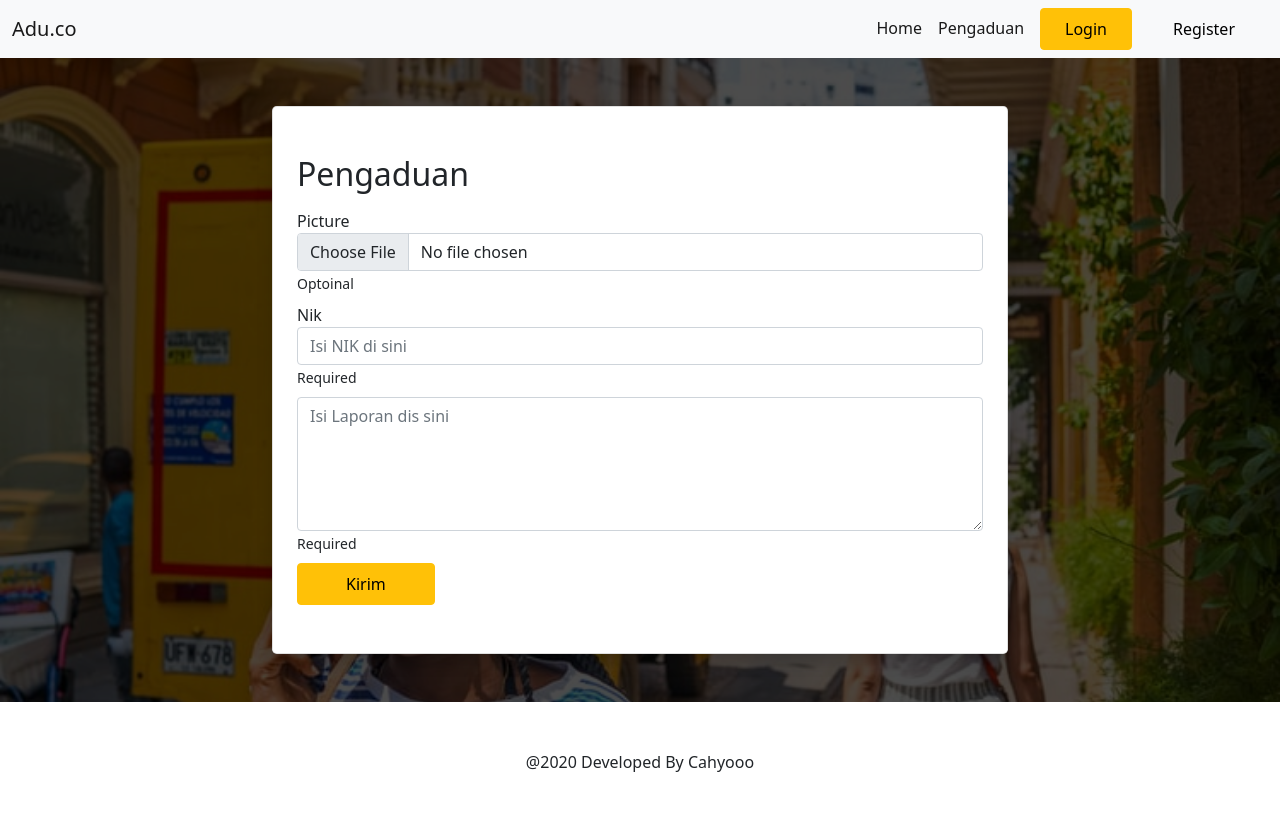
Repository: khulqu15/pengaduan2
Page: http://localhost/form/pengaduan
The author's editor kept a copy of each file at every save. The page is drawn from the files as they stood at one save, then again after the next save.
The browser window is 1280 px wide. The pictures show the whole page.
Backgrounds fixed to the window are drawn as part of the page. The page is served by the project's Laravel application, run on PHP 8.4 with Laravel 8. Other server files are loaded and not shown.

Above is the page before, as saved 2021-02-23 21:29:00.

### routes/web.php
<?php

use App\Http\Controllers\PageController;
use App\Http\Controllers\UserController;
use Illuminate\Support\Facades\Route;

/*
|--------------------------------------------------------------------------
| Web Routes
|--------------------------------------------------------------------------
|
| Here is where you can register web routes for your application. These
| routes are loaded by the RouteServiceProvider within a group which
| contains the "web" middleware group. Now create something great!
|
*/

Route::get('/', [PageController::class, 'home'])->name('home');

Route::get('form/pengaduan', [PageController::class, 'pengaduanGet'])->name('form.pengaduan');
Route::post('form/pengaduan', [PageController::class, 'pengaduanGet'])->name('pengaduan.post');

Route::get('login', [UserController::class, 'loginGet'])->name('loginView');
Route::post('login', [UserController::class, 'loginPost'])->name('loginLogic');
Route::get('register', [UserController::class, 'registerGet'])->name('registerView');
Route::post('register', [UserController::class, 'registerPost'])->name('registerLogic');

### app/Http/Controllers/PageController.php
<?php

namespace App\Http\Controllers;

use Illuminate\Http\Request;

class PageController extends Controller
{
    public function home()
    {
        return view('welcome');
    }

    public function pengaduanGet()
    {
        return view('pengaduan');
    }
}

### resources/views/pengaduan.blade.php
@extends('layout.app')

@section('title', 'Pengaduan')

@section('content')
    <div class="container-fluid image-footer-home py-5">
        <div class="overlay"></div>
        <div class="container position-relative">
            <div class="row">
                <div class="col-md-8 offset-md-2">
                    <div class="card bg-white rounded-3 shadow py-5 px-4">
                        <h2>Pengaduan</h2>
                        <form action="{{ route('pengaduan.post') }}" method="POST" enctype="multipart/form-data">
                            @csrf
                            <div class="form-group my-2">
                                <label for="picture">Picture</label>
                                <input type="file" class="form-control" id="picture" aria-describedby="picture-feedback" name="picture" id="picture">
                                <small id="picture-feedback">Optoinal</small>
                            </div>
                            <div class="form-group my-2">
                                <label for="nik">Nik</label>
                                <input type="text" class="form-control" aria-describedby="nik-feedback" name="nik" id="nik" placeholder="Isi NIK di sini">
                                <small id="nik-feedback">Required</small>
                            </div>
                            <div class="form-group my-2">
                                <textarea type="text" rows="5" required aria-describedby="text-feedback" name="text" class="form-control" placeholder="Isi Laporan dis sini"></textarea>
                                <small id="text-feedback">Required</small>
                            </div>
                            <button class="btn btn-warning px-5 py-2">Kirim</button>
                        </form>
                    </div>
                </div>
            </div>
        </div>
    </div>
@endsection

### resources/views/layout/app.blade.php
<!DOCTYPE html>
<html lang="en">
<head>
    <meta charset="UTF-8">
    <meta name="viewport" content="width=device-width, initial-scale=1.0">
    <meta http-equiv="X-UA-Compatible" content="ie=edge">
    <title>Pengaduan | @yield('title')</title>

    <link rel="stylesheet" href="{{ asset('css/bootstrap.min.css') }}">
    <link rel="stylesheet" href="{{ asset('css/all.min.css') }}">
    <link rel="stylesheet" href="{{ asset('css/fontawesome.min.css') }}">
    <link rel="stylesheet" href="{{ asset('css/style.css') }}">
    <link rel="stylesheet" href="{{ asset('css/slick.css') }}">
    <link rel="stylesheet" href="{{ asset('css/slick-theme.css') }}">

    <script src="{{ asset('js/jquery-3.5.1.min.js') }}"></script>
    <script src="{{ asset('js/bootstrap.min.js') }}"></script>
    <script src="{{ asset('js/all.min.js') }}"></script>
    <script src="{{ asset('js/fontawesome.min.js') }}"></script>
    <script src="{{ asset('js/slick.min.js') }}"></script>

    @yield('assets')

</head>
<body>
    <nav class="navbar navbar-expand-lg navbar-light bg-light">
        <div class="container-fluid">
          <a class="navbar-brand" href="#">Adu.co</a>
          <button class="navbar-toggler" type="button" data-bs-toggle="collapse" data-bs-target="#navbarSupportedContent" aria-controls="navbarSupportedContent" aria-expanded="false" aria-label="Toggle navigation">
            <span class="navbar-toggler-icon"></span>
          </button>
          <div class="collapse navbar-collapse" id="navbarSupportedContent">
            <ul class="navbar-nav ms-auto mb-2 mb-lg-0">
              <li class="nav-item">
                <a class="nav-link active" aria-current="page" href="{{ route('home') }}">Home</a>
              </li>
              <li class="nav-item">
                <a class="nav-link active" aria-current="page" href="{{ route('form.pengaduan') }}">Pengaduan</a>
              </li>
              <li class="nav-item">
                <a class="btn btn-warning mx-2 px-4 py-2" href="{{ route('loginView') }}">Login</a>
              </li>
              <li class="nav-item">
                <a class="btn btn-light mx-2 px-4 py-2" href="{{ route('registerView') }}">Register</a>
              </li>
            </ul>
          </div>
        </div>
      </nav>

    @yield('content')

    <footer class="container-fluid py-5">
        <div class="row">
            <div class="col-md-12 text-center">
                @2020 Developed By Cahyooo
            </div>
        </div>
    </footer>
</body>
</html>

### public/css/style.css
body {
    overflow-x: hidden !important;
}
.viga {
    font-family: 'Viga', sans-serif;
}
.bgm-primary {
    background-color: #E62A2A !important;
}
.btnm-primary {
    border: none;
    border-radius: 0px !important;
    transition: all .3s ease-in-out;
    background-color: #E62A2A !important;
    padding: 1rem 2rem;
    color: white;
}
.text-right {
    text-align: right !important;
}
.cursor-point {
    cursor: pointer;
}
.btnm-primary:hover {
    color: white !important;
    background-color: #c01c1c !important;
}
.btnm-light {
    border: none;
    border-radius: 0px !important;
    transition: all .3s ease-in-out;
    background-color: #f2f2f2 !important;
    padding: 1rem 2rem;
    color: #292929;
}
.btnm-light:hover {
    color: #292929 !important;
    background-color: #c2c2c2 !important;
}
.textm-primary {
    color: #E62A2A !important;
}
.textm-gray {
    color: gray !important;
}

.input-search-home {
    width: 80%;
    position: absolute;
    left: 10%;
    height: 60px;
    box-shadow: 0px 20px 40px -6px rgba(0, 0, 0, 0.12);
    top: -50px;
    background-color: white;
}
.input-search-home input {
    height: 60px;
}
.input-search-home button,
.input-search-home a {
    position: relative;
    top: -10px;
}


.card-product {
    width: 100%;
    transition: all .3s ease-in-out;
    height: 370px;
    background-color: white;
}
.card-product:hover {
    box-shadow: 12px 24px 48px rgba(0, 0, 0, 0.09);
}
.card-product .image {
    width: 100%;
    height: 170px;
    background-color: #f36c6c;
    overflow: hidden;
}
.card-product .image img {
    transition: all .3s ease-in-out;
}
.card-product .image:hover img {
    transform: scale(1.1);
    opacity: .6;
}
.image-fit-card {
    width: 100%;
    height: 100%;
    object-fit: cover !important;
}
.card-product .line-category {
    display: inline-block;
    width: 20px;
    height: 3px;
    background-color: gray;
}

.bg-hammer-bottom {
    background: url('../img/wallpaper/hammer.png');
    background-attachment: fixed;
    background-position: center;
    background-size: cover;
}

.input-email-footer {
    position: relative;
    width: 100%;
    height: 70px;
    box-shadow: 0px 19px 38px rgba(0, 0, 0, 0.12);
    background-color: white;
}
.input-email-footer input {
    height: 70px;
    width: 100%;
}
.input-email-footer button {
    position: relative;
    top: -8px
}

.menu-footer {
    color: rgba(255, 255, 255, .5);
}
.menu-footer:hover {
    color: rgba(255, 255, 255, 1);
    cursor: pointer;
    transition: all .4s ease-in-out;
}
.menu-footer .icon {
    position: absolute;
    right: -50px;
    opacity: 0;
    transition: all .2s ease-in-out;
    visibility: hidden;
}
.menu-footer:hover .icon {
    position: relative;
    opacity: 1;
    right: 0;
    visibility: visible;
}
.menu-footer .menu-title {
    transition: all .2s ease-in-out;
    position: relative;
    font-size: 3rem;
    right: -10px;
}
.menu-footer:hover .menu-title {
    position: relative;
    right: 0px;
}

.icons-footer svg {
    transition: all .2s ease-in-out;
    color: #c2c2c2;
    margin: 0px .8rem;
    font-size: 1.4rem;
}

.icons-footer svg:hover {
    cursor: pointer;
    color: #767676;
}

.navbar {
    transition: all .3s ease-in-out;
    z-index: 100;
}
.burger {
    margin: 10px 0px 0px 0px;
}
.burger div {
    width: 40px;
    height: 5px;
    margin: 7px 0px;
    background-color: #767676;
}
.image-footer-home {
    background-image: url('../img/wallpaper/1.jpg');
    background-size: cover;
    background-attachment: fixed;
    position: relative;
}
.image-footer-home .overlay {
    background-color: rgba(0, 0, 0, 0.7);
    position: absolute;
    left: 0;
    top: 0;
    width: 100%;
    height: 100%;
}

Loaded but not shown: app/Http/Controllers/Controller.php (common file); public/css/bootstrap.min.css (library); public/css/all.min.css (library); public/css/fontawesome.min.css (library); public/css/slick.css (common file); public/css/slick-theme.css (library); public/js/jquery-3.5.1.min.js (library); public/js/bootstrap.min.js (library); public/js/fontawesome.min.js (library); public/js/slick.min.js (library)

After the next save:
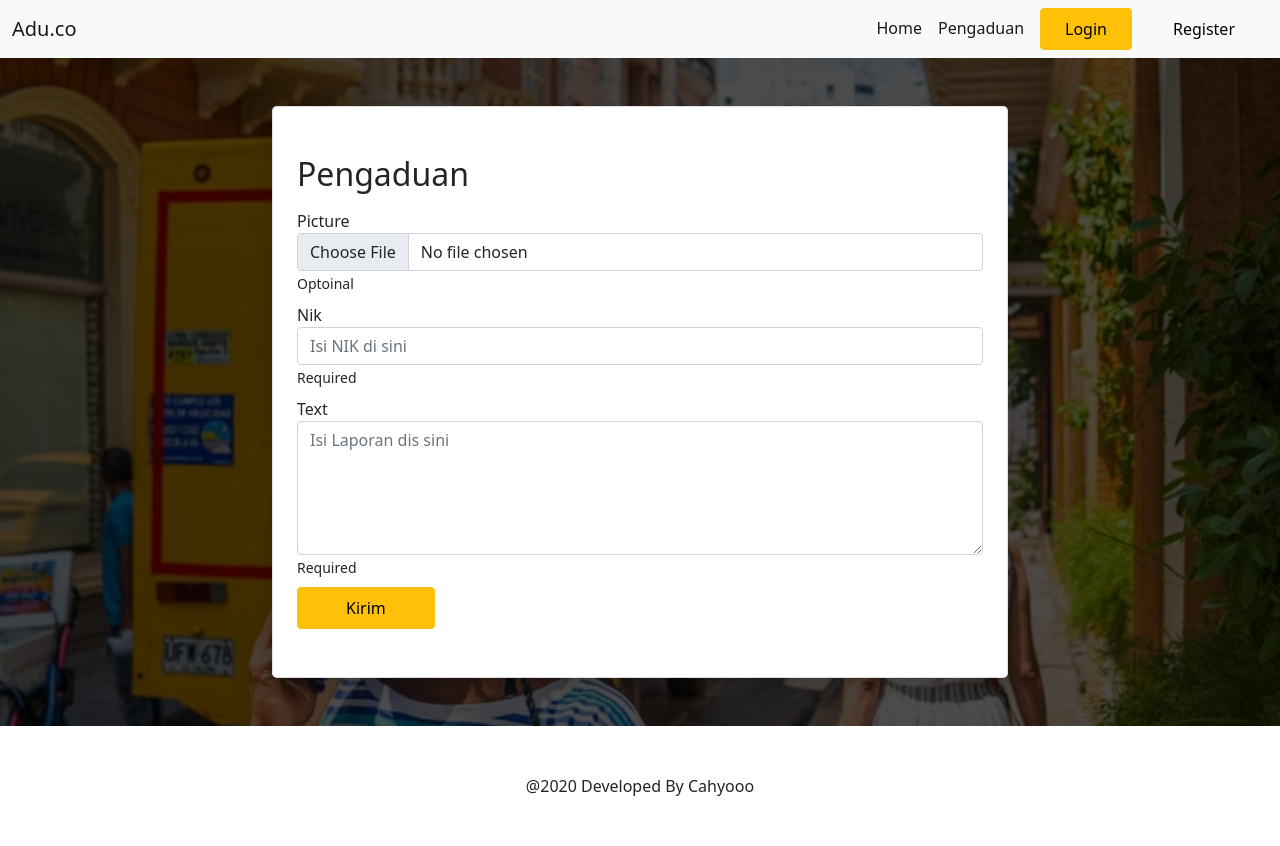
Saved 13 s later.
--- a/resources/views/pengaduan.blade.php
+++ b/resources/views/pengaduan.blade.php
@@ -23,6 +23,7 @@
                                 <small id="nik-feedback">Required</small>
                             </div>
                             <div class="form-group my-2">
+                                <label for="text">Text</label>
                                 <textarea type="text" rows="5" required aria-describedby="text-feedback" name="text" class="form-control" placeholder="Isi Laporan dis sini"></textarea>
                                 <small id="text-feedback">Required</small>
                             </div>
